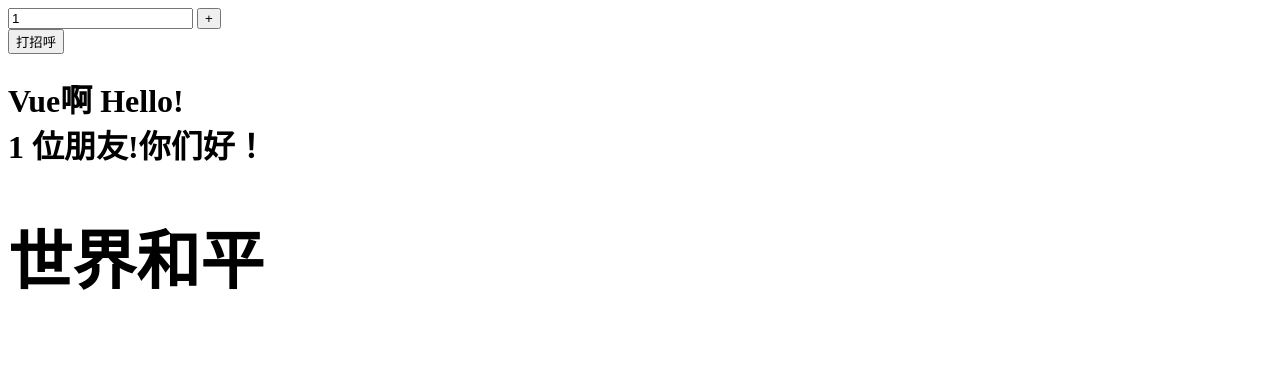
Repository: SOROoi/Web_front-end
Page: Web01_Vue/src/main/webapp/index.html
The author's editor kept a copy of each file at every save. The page is drawn from the files as they stood at one save, then again after the next save.
The browser window is 1280 px wide. The pictures show the whole page.

Above is the page before, as saved 2020-07-11 08:49:37.

After the next save:
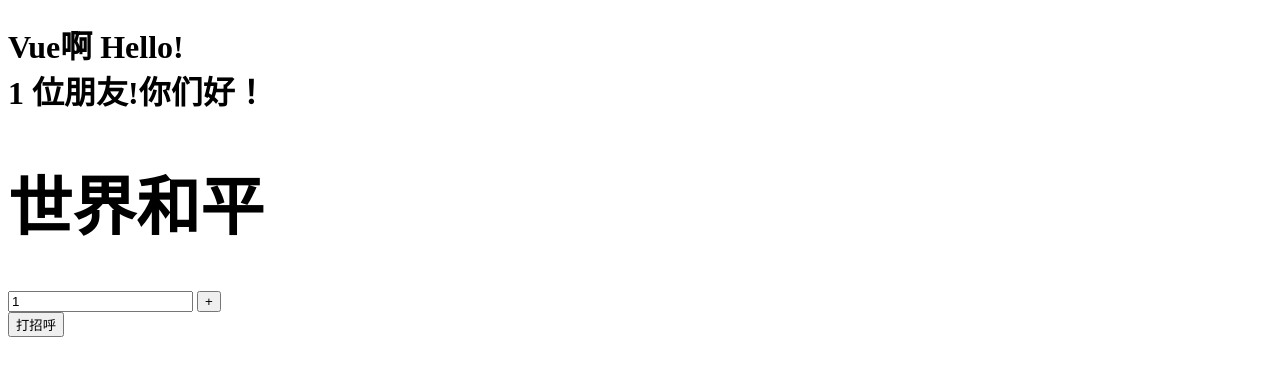
Saved 28 s later.
--- a/Web01_Vue/src/main/webapp/index.html
+++ b/Web01_Vue/src/main/webapp/index.html
@@ -8,13 +8,13 @@
 </head>
 <body>
 	<div id="app">
-		<input type="text" v-model="num" @click="num++">
-		<button @click="num++">+</button><br>
-		<button @click="sayhi('大家都好！')">打招呼</button>
 		<h1>
 			<span v-text="name"></span> Hello! <br> {{num}} 位朋友!{{message}}<br>
 			<span v-html="word"></span>
 		</h1>
+		<input type="text" v-model="num" @click="num++">
+		<button @click="num++">+</button><br>
+		<button @click="sayhi('大家都好！')">打招呼</button>
 	</div>
 </body>
 
